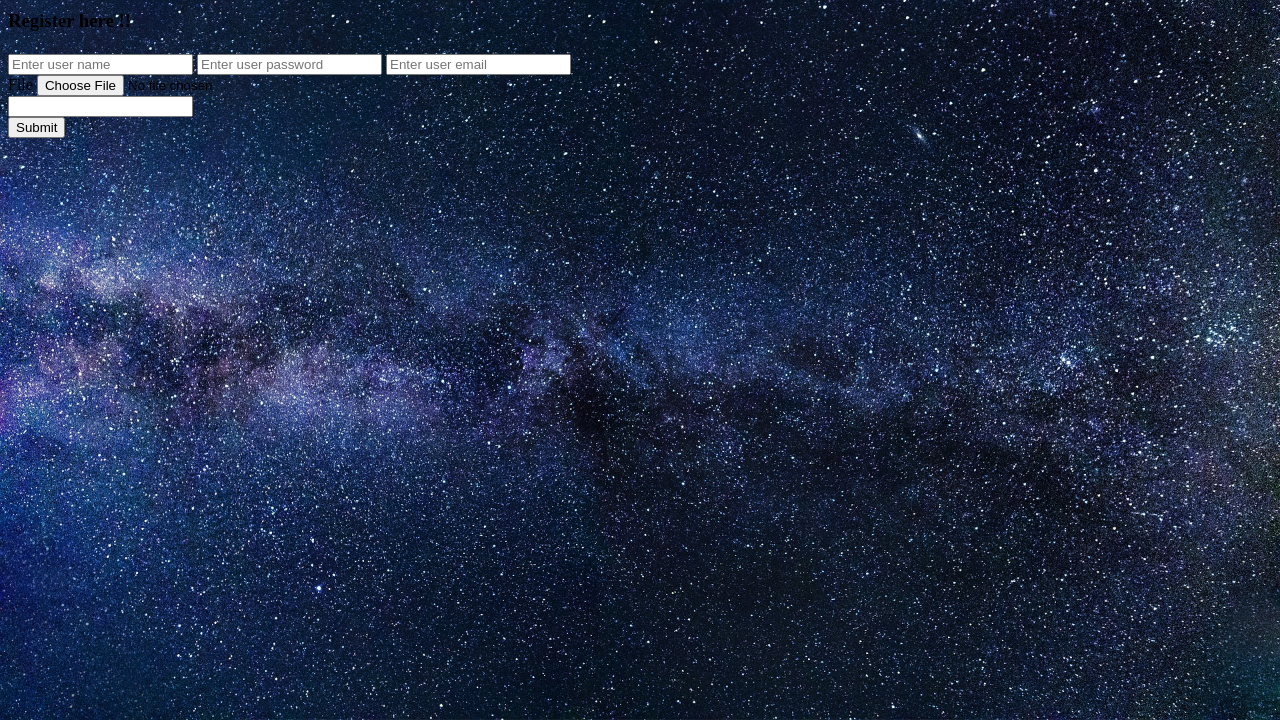
Repository: Ravi9619/springcore
Page: http://localhost/Ravi_Registration_Module_Practice/signup.jsp
An editor plug-in stored every save of this project. The page is shown before and after the next save, followed by the edit.
The browser window is 1280 px wide. The pictures show the whole page.
The page is served by Tomcat 9. Other server files are loaded and not shown.

Above is the page before, as saved 2023-02-26 07:42:03.

### Ravi Registration Module Practice/src/main/webapp/signup.jsp
<%@ page language="java" contentType="text/html; charset=ISO-8859-1"
	pageEncoding="ISO-8859-1"%>
<!DOCTYPE html>
<html>
<head>
<meta charset="ISO-8859-1">
<title>Insert title here</title>
</head>
<body
	style="background: url(img/Registration.jpg); background-size: cover; background-attachment: fixed;">
	<div class="container">
		<div class="row">
			<div class="col m6 offset-m3">
				<div class="card">
					<div class="card-content">
						<h3 style="margin-top: 10px;" class="center-align">Register
							here !!</h3>
						<h5 id="msg" class="center-align"></h5>
						<div class="form center-align">
							<!-- //creating form -->

							<form action="Register" method="post" id="myform">
								<input type="text" name="user_name"
									placeholder="Enter user name"> <input type="password"
									name="user_password" placeholder="Enter user password">
								<input type="email" name="user_email"
									placeholder="Enter user email">

								<div class="file-field input-field">
									<div class="btn blue">
										<span>File</span> <input name="image" type="file">
									</div>
									<div class="file-path-wrapper">
										<input class="file-path validate" type="text">
									</div>
								</div>
								<button type="submit" class="btn light blue accent 3">Submit</button>
							</form>

						</div>

						<div class="loader center-align"
							style="margin-top: 10px; display: none;">
							<div class="preloader-wrapper big active">
								<div class="spinner-layer spinner-blue">
									<div class="circle-clipper left">
										<div class="circle"></div>
									</div>
									<div class="gap-patch">
										<div class="circle"></div>
									</div>
									<div class="circle-clipper right">
										<div class="circle"></div>
									</div>
								</div>

								<div class="spinner-layer spinner-red">
									<div class="circle-clipper left">
										<div class="circle"></div>
									</div>
									<div class="gap-patch">
										<div class="circle"></div>
									</div>
									<div class="circle-clipper right">
										<div class="circle"></div>
									</div>
								</div>

								<div class="spinner-layer spinner-yellow">
									<div class="circle-clipper left">
										<div class="circle"></div>
									</div>
									<div class="gap-patch">
										<div class="circle"></div>
									</div>
									<div class="circle-clipper right">
										<div class="circle"></div>
									</div>
								</div>

								<div class="spinner-layer spinner-green">
									<div class="circle-clipper left">
										<div class="circle"></div>
									</div>
									<div class="gap-patch">
										<div class="circle"></div>
									</div>
									<div class="circle-clipper right">
										<div class="circle"></div>
									</div>
								</div>
							</div>
							<h5>Please wait...</h5>
						</div>
					</div>
				</div>
			</div>
		</div>
	</div>

</body>
</html>

After the next save:
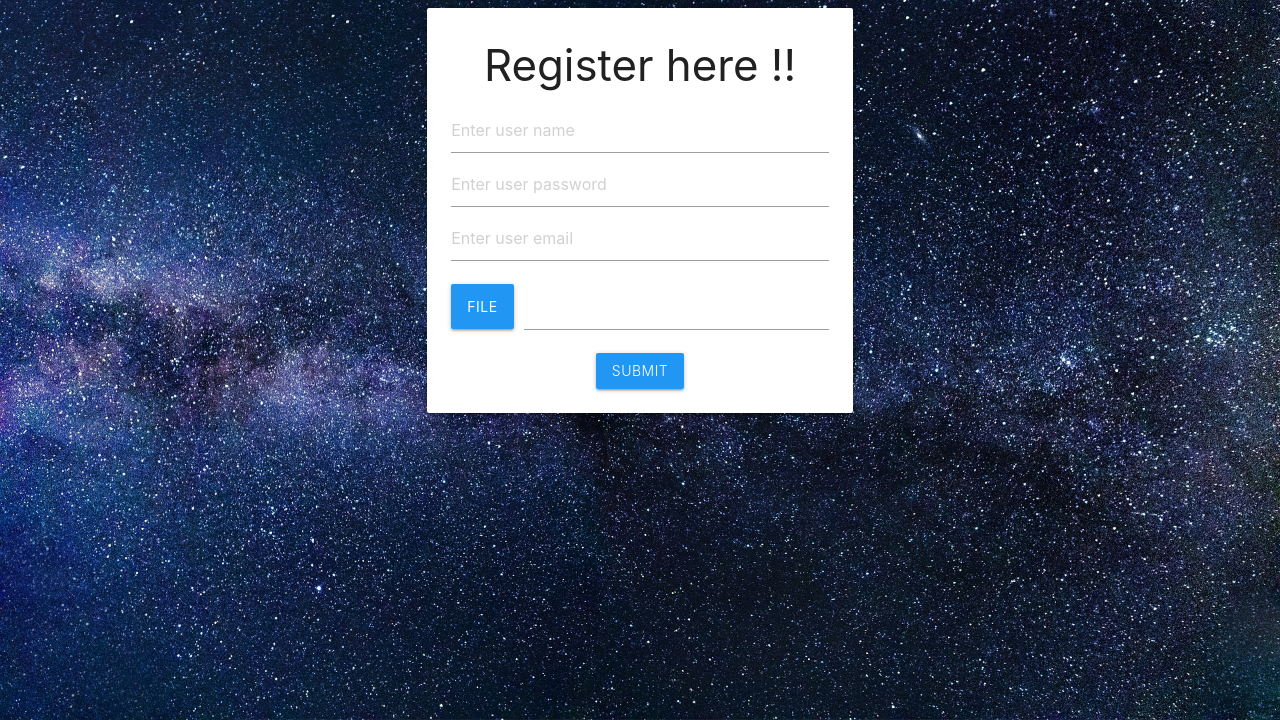
Saved 37 s later.
--- a/Ravi Registration Module Practice/src/main/webapp/signup.jsp
+++ b/Ravi Registration Module Practice/src/main/webapp/signup.jsp
@@ -4,7 +4,14 @@
 <html>
 <head>
 <meta charset="ISO-8859-1">
-<title>Insert title here</title>
+<title>Registration Page</title>
+<!-- Compiled and minified CSS -->
+<link rel="stylesheet"
+	href="https://cdnjs.cloudflare.com/ajax/libs/materialize/1.0.0/css/materialize.min.css">
+
+<!-- Compiled and minified JavaScript -->
+<script
+	src="https://cdnjs.cloudflare.com/ajax/libs/materialize/1.0.0/js/materialize.min.js"></script>
 </head>
 <body
 	style="background: url(img/Registration.jpg); background-size: cover; background-attachment: fixed;">
